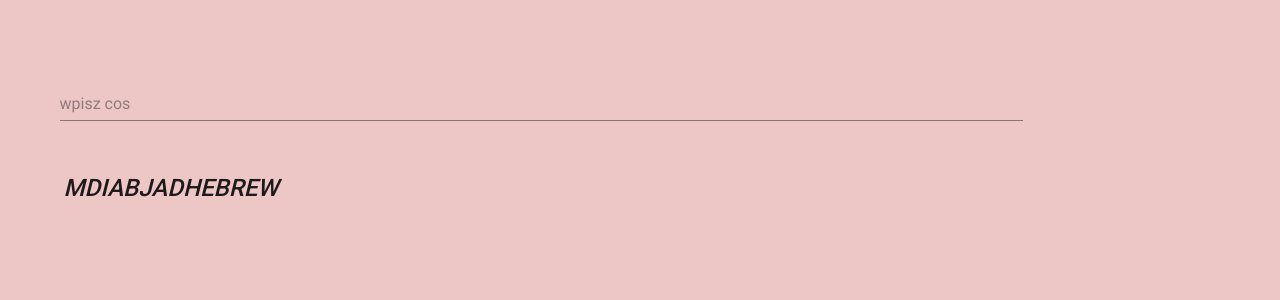
Repository: kq333/wyszukiwarka-filmow-seriali
Page: / (app in searchapp/)
These files come from the project's save history. The page is drawn as it stood at one moment and after the next save; the edit follows.
The browser window is 1280 px wide. The pictures show the whole page.
The project was rebuilt for these pictures with package versions that can differ from the ones it lists, and the page was loaded fresh each time. Also part of the build but not shown: searchapp/vue.config.js, searchapp/src/views/Home.vue.

Above is the page before, as saved 2021-02-18 11:20:02.

After the next save:
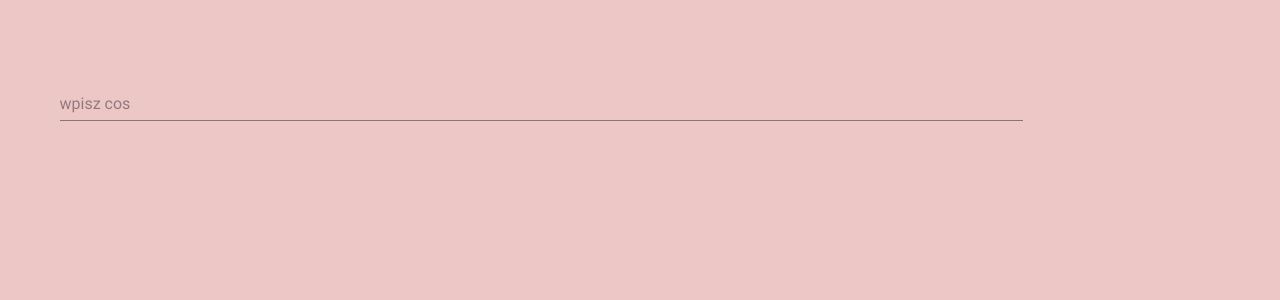
Saved 12 s later.
--- a/searchapp/src/components/HelloWorld.vue
+++ b/searchapp/src/components/HelloWorld.vue
@@ -16,7 +16,7 @@
 
     </v-col>
 
-    <v-btn id="btn" outlined @click="klik" class="mt-4"><v-icon>mdiAbjadHebrew </v-icon></v-btn>
+    <v-btn id="btn" outlined @click="klik" class="mt-4"><v-icon>mdi-AbjadHebrew </v-icon></v-btn>
 
  </v-row>
 
